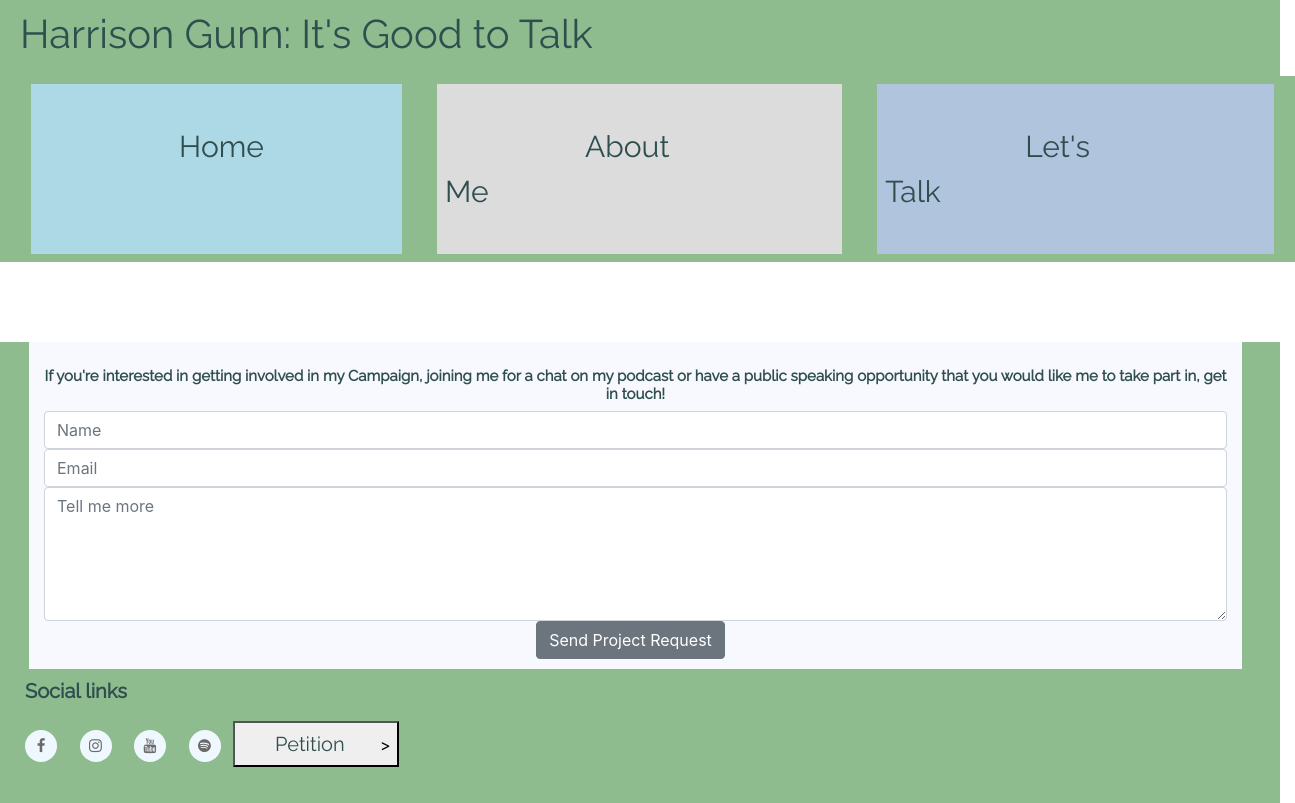
Repository: Leannald13/mile-stone-project-html
Page: contact.html
The author's editor kept a record of every edit. The page is drawn from the files as they stood at one moment, then again after the next edit.
The browser window is 1280 px wide. The page is 1295 px wide, so the pictures cover 1295 px, including what lies to the right of the window. The pictures show the part of the page from y = 500 to 1303 px (the page is 1303 px tall).

Above is the page before.

After the next edit:
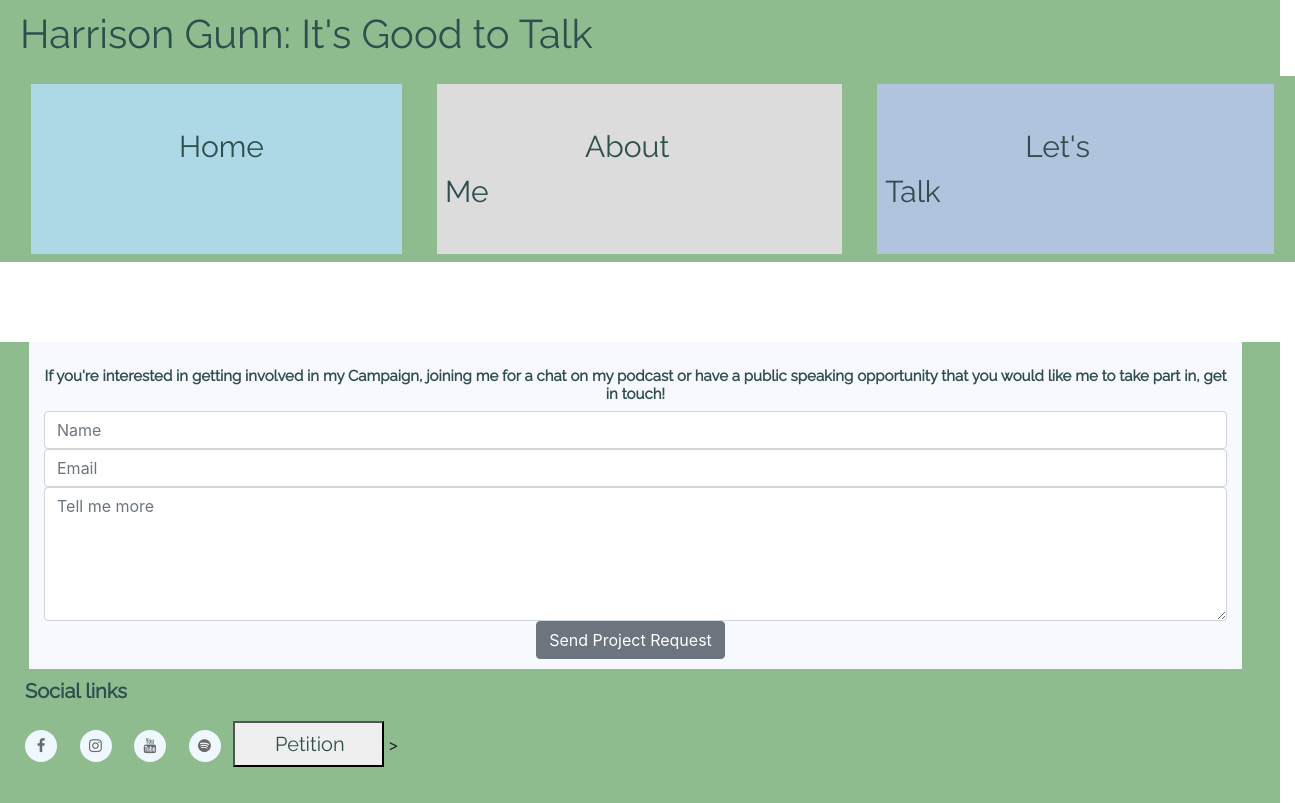
The edit:
--- a/contact.html
+++ b/contact.html
@@ -99,7 +99,7 @@
                     </li>
                     <button class="list-inline-item" type="button">
                     <a class="navbar-brand" href="https://petition.parliament.uk/petitions/260373">Petition</a>
-                    </li>
+                    </button>
                     </u>>
             </div>
         </div>
